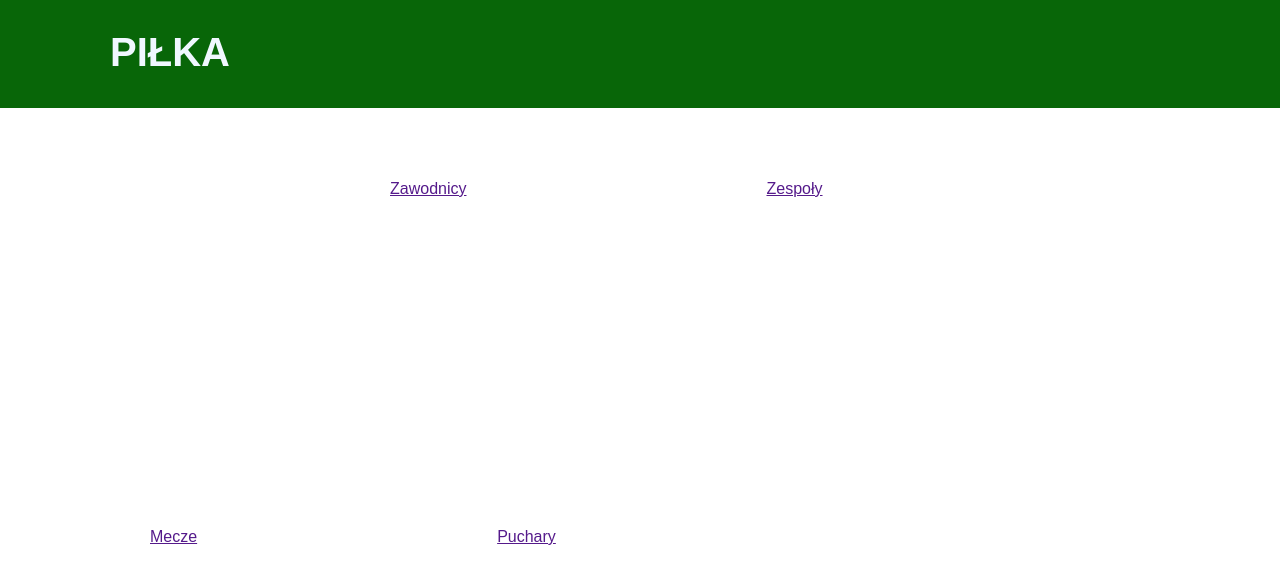
Repository: ZABA78/PAZW
Page: index.html
These files come from the project's save history. The page is drawn as it stood at one moment and after the next save; the edit follows.
The browser window is 1280 px wide. The pictures show the whole page.
Some web fonts or font styles are not loaded; a fallback is used.

Above is the page before, as saved 2023-10-17 14:04:51.

### index.html
<!DOCTYPE html>
<html lang="en">
<head>
    <meta charset="UTF-8">
    <meta http-equiv="X-UA-Compatible" content="IE=edge">
    <meta name="viewport" content="width=device-width, initial-scale=1.0">
    <link rel="stylesheet" href="style.css">
    <title>Piłka</title>
    <style>
        @import url('https://fonts.googleapis.com/css2?family=Tilt+Neon&display=swap');
        </style>
</head>
<body>
    <header>
        <!--<img src="pilka.png" alt="logo" class = "logo">--><h1>PIŁKA</h1>
        <nav>
            <a href="">Zawodnicy</a>
            <a href="">Zespoły</a>
            <a href="">Mecze</a>
            <a href="">Puchary</a>
        </nav>
    </header>
</body>
</html>

### style.css
*
{
    font-family: 'Tilt Neon', sans-serif;
    margin:0;
    padding: 0;
    box-sizing: border-box;

}
.logo
{
    height: 100vh;

}
h1
{
    padding: 10px;
    font-size: 40px;
    float: left;
    margin-left: 100px;
    margin-top: 20px;
}
header
{
    background-color: rgb(8, 102, 8);
    height: 15vh;
    color: aliceblue;
}
a
{
padding: 150px;
text-align: center;
margin-top: 30px;
float: left;
}

After the next save:
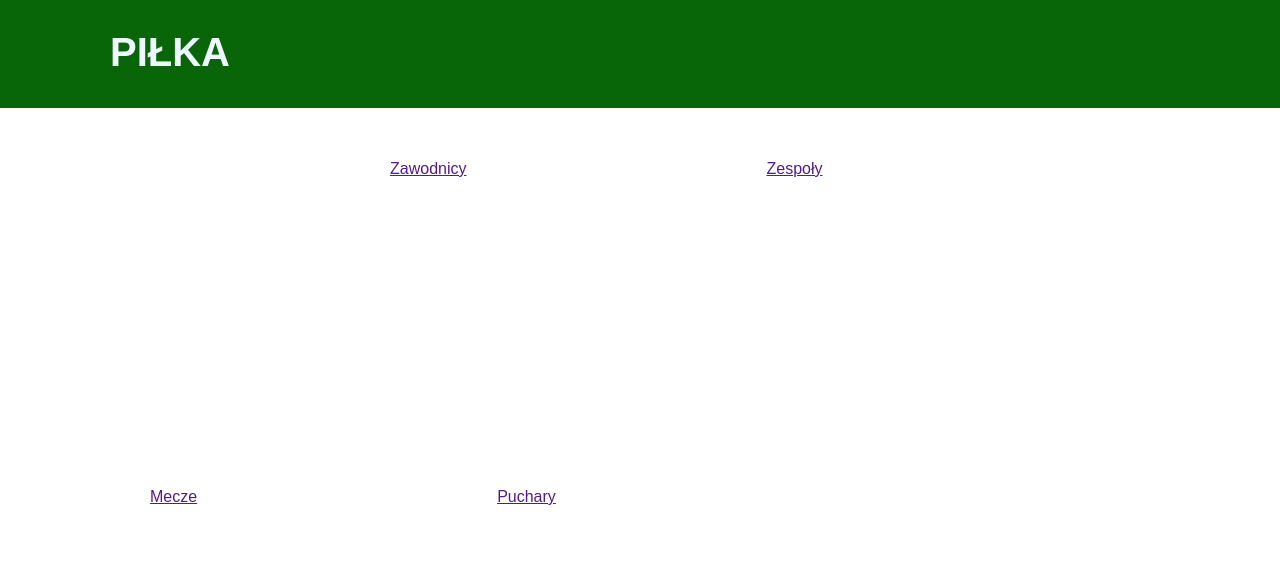
Saved 6 s later.
--- a/style.css
+++ b/style.css
@@ -29,6 +29,6 @@ a
 {
 padding: 150px;
 text-align: center;
-margin-top: 30px;
+margin-top: 10px;
 float: left;
 }
